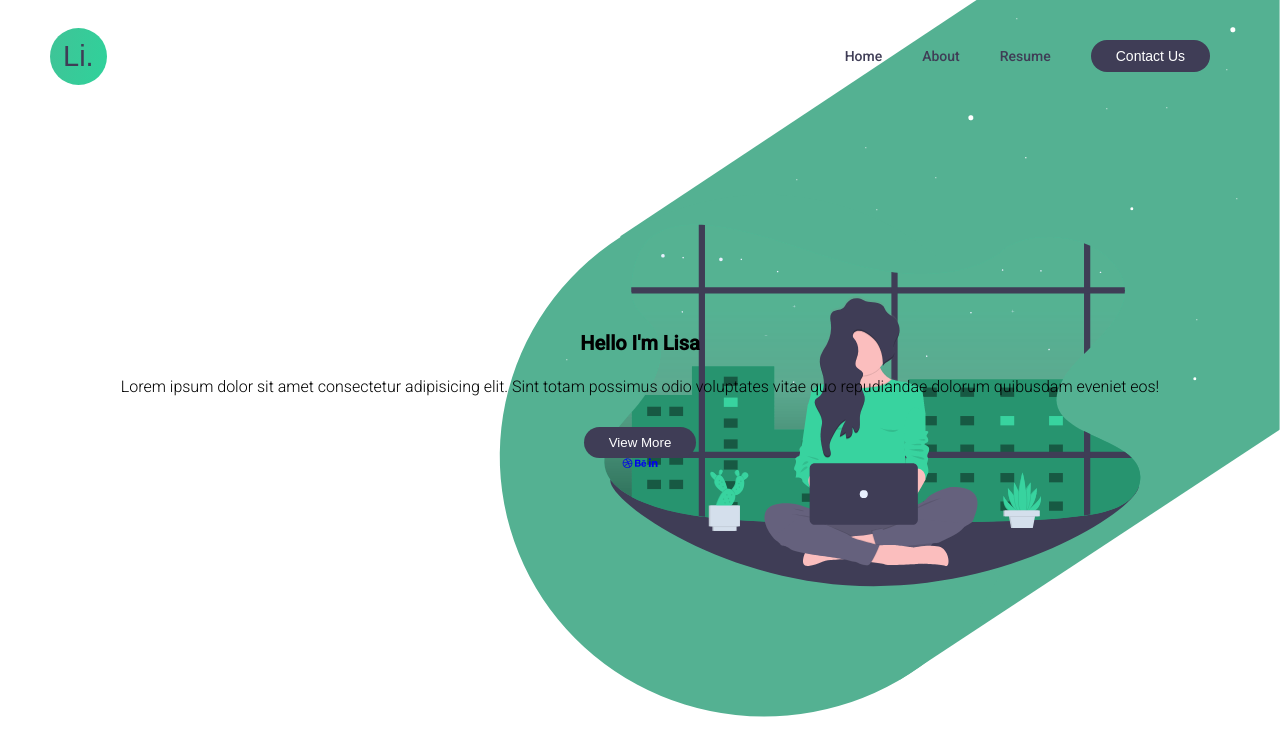
Repository: kebinh1235/porfolio-demo
Page: index.html
These files come from the project's save history. The page is drawn as it stood at one moment and after the next save; the edit follows.
The browser window is 1280 px wide. The pictures show the whole page.
Some web libraries are served in a nearby version.

Above is the page before, as saved 2021-10-20 15:44:34.

### index.html
<!DOCTYPE html>
<html lang="en">
<head>
  <meta charset="UTF-8">
  <meta http-equiv="X-UA-Compatible" content="IE=edge">
  <meta name="viewport" content="width=device-width, initial-scale=1.0">
  <title>Document</title>
  <!--CSS-->
  <link rel="stylesheet" href="./css/style.css">
</head>
<body>
  <!-- header -->
  <header>
    <div class="container">
      <nav class="navbar">
        <!-- logo -->
        <div class="navbar__logo">
          <img src="./img/logo.svg" alt="Website logo">
        </div>
        <!-- links -->
        <ul class="navbar__list">
          <li class="navbar__item"><a href="#" class="navbar__link">Home</a></li>
          <li class="navbar__item"><a href="#" class="navbar__link">About</a></li>
          <li class="navbar__item"><a href="#" class="navbar__link">Resume</a></li>
          <!-- <li class="navbar__item"><a href="#" class="navbar__link btn navbar__mobile-active">Contact Us</a></li> -->
          <a href="#"><button class="btn navbar__btn">Contact Us</button></a>
        </ul>
        <!-- menu mobile -->
        <div class="navbar__icons">
          <div class="navbar__icon"></div>
        </div>
      </nav>
    </div>
  </header>
  <!-- banner -->
  <section id="banner">
    <div class="container">
      <!-- img -->
      <div class="banner__img">
        <img src="./img/banner-img.png" alt="Of Women">
      </div>
      <!-- heading -->
      <div class="banner__heading">
        <h1>Hello I'm Lisa</h1>
        <p>Lorem ipsum dolor sit amet consectetur adipisicing elit. Sint totam possimus odio voluptates vitae quo repudiandae dolorum quibusdam eveniet eos!</p>
        <a href="#"><button class="btn banner__btn">View More</button></a>
        <div class="banner__social">
          <a href="#"><i class="fab fa-dribbble"></i></a>
          <a href="#"><i class="fab fa-behance"></i></a>
          <a href="#"><i class="fab fa-linkedin-in"></i></a>
        </div>
      </div>
    </div>
  </section>

  <!--Font awesome-->
  <script src="https://kit.fontawesome.com/5d1e581bbe.js" crossorigin="anonymous"></script>
  <!--JS-->
  <script src="./js/main.js"></script>
</body>
</html>

### css/style.css
@import url('https://fonts.googleapis.com/css2?family=Roboto:wght@300;500&display=swap');
:root {
  --green: #54B192;
  --green-l: #A4CEC0;
  --gray: #3F3D56;
  --white: #fff;
  --smooth: all .3s linear;
}
* {
  margin: 0;
  padding: 0;
  box-sizing: border-box;
  list-style-type: none;
  text-decoration: none;
}
html {
  scroll-behavior: smooth;
  font-size: 62.5%;
}
body {
  font-family: "Roboto", sans-serif;
}
img {
  max-width: 100%;
  width: 100%;
}
.container {
  max-width: 1200px;
  width: 100%;
  margin: 0 auto;
  padding: 0 10px;
}
.btn {
  text-align: center;
  background: var(--gray);
  color: var(--white);
  padding: .8rem 2.5rem;
  border: none;
  border-radius: 100px;
  cursor: pointer;
  transition: var(--smooth);
}
.btn:hover {
  background: var(--green-l);
  transition: var(--smooth);
}
/*header*/
header {
  position: fixed;
  width: 100%;
}
.navbar {
  display: flex;
  justify-content: space-between;
  align-items: center;
  padding: 20px 0;
}
.navbar__logo {
  width: 57px;
  height: 57px;
  object-fit: cover;
}
.navbar__logo img {
  width: 100%;
}
.navbar__list{
  position: fixed;
  top: 0;
  left: 0;
  bottom: 0;
  background: var(--gray);
  width: 60%;
  max-width: 100%;
  transform: translateX(-100%);
  opacity: 0;
  transition: var(--smooth);
  z-index: 10;
}
.navbar__list.navbar__open {
  transform: translateX(0);
  opacity: 1;
}
.navbar__link{
  padding: 20px;
  font-size: 1.4rem;
  display: block;
  color: var(--white);
}
.navbar__link:hover {
  color: var(--green);
  transition: var(--smooth);
}
.navbar__btn{
  font-size: 1.4rem;
  margin: 20px;
  background: var(--green);
}
/*Menu icon*/
.navbar__icons{
  display: flex;
  justify-content: center;
  align-items: center;
  width: 50px;
  height: 50px;
  cursor: pointer;
  transition: var(--smooth);
  z-index: 10;
}
.navbar__icon{
  width: 40px;
  height: 6px;
  border-radius: 5px;
  background: var(--gray);
  position: relative;
  transition: var(--smooth);
}
.navbar__icon:before,
.navbar__icon:after {
  content: '';
  position: absolute;
  width: 40px;
  height: 6px;
  border-radius: 5px;
  background: var(--gray);
  transition: var(--smooth);
}
.navbar__icon:before {
  transform: translateY(-12px)
}
.navbar__icon:after {
  transform: translateY(12px)
}
/* menu icon animation */
.open .navbar__icon {
  transform: translateX(-50px);
  background: transparent;
}
.open .navbar__icon:before {
  transform: rotate(45deg) translate(35px, -35px);
}
.open .navbar__icon:after {
  transform: rotate(-45deg) translate(35px, 35px);
}
/* banner */
#banner {
  position: relative;
  height: 100vh;
  display: flex;
  align-items: center;
}
.banner__img {
  position: absolute;
  top: 0;
  right: 0;
  z-index: -1;
}
.banner__heading {
  max-height: 300px;
  margin: 0 auto;
  text-align: center;
}
.banner__heading h1 {
  font-size: 2rem;
  padding-top: 4em;
  margin-bottom: .8em;
}
.banner__heading p {
  font-weight: 300;
  line-height: 2em;
  margin-bottom: 1.5em;
  font-size: 1.6rem;
}

@media screen and (min-width: 992px) {
  .navbar__list {
    display: flex;
    justify-content: flex-end;
    align-items: center;
    transform: translateX(0);
    position: initial;
    opacity: 1;
    background: transparent;
  }
  .navbar__link {
    color: var(--gray);
  }
  .navbar__btn {
    background: var(--gray);
  }
  .navbar__icons {
    display: none;
  }
}

### js/main.js
const menu = document.querySelector('.navbar__list');
const menuIcon = document.querySelector('.navbar__icons')

menuIcon.addEventListener('click', () =>{
  menu.classList.toggle('navbar__open');
  menuIcon.classList.toggle('open');
})

After the next save:
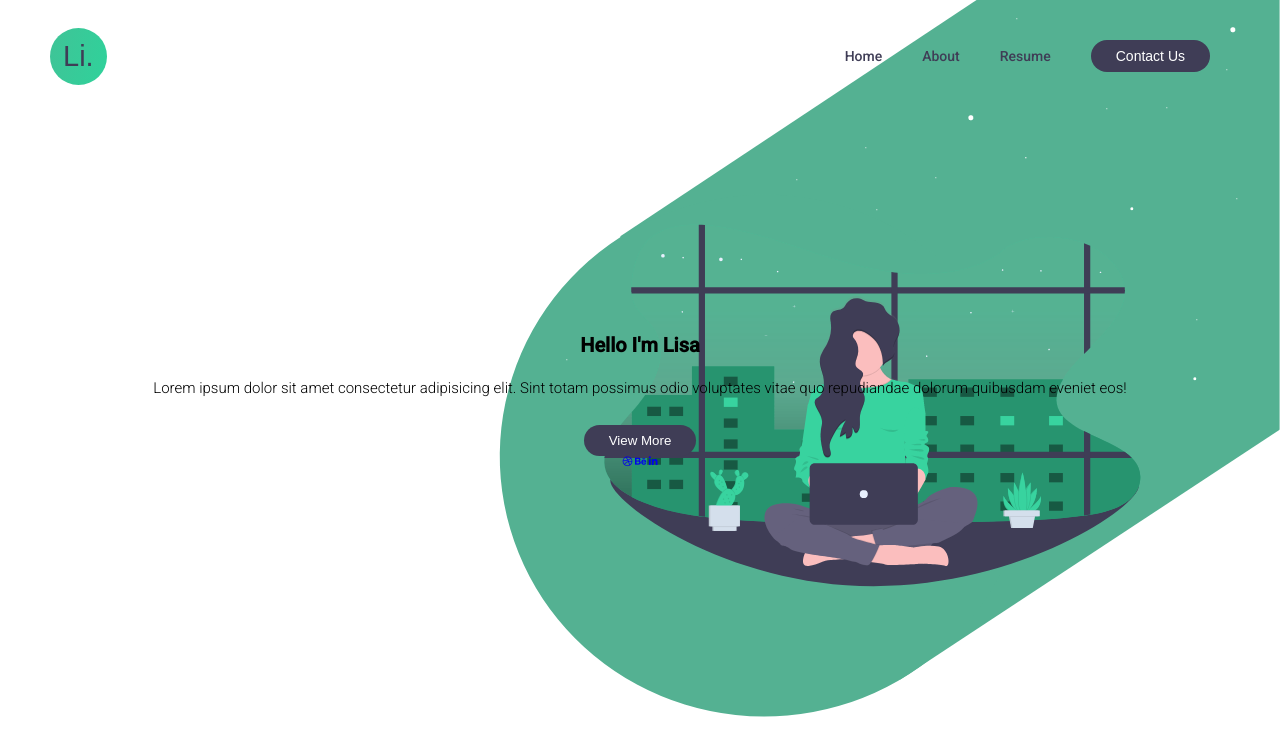
Saved 4 s later.
--- a/css/style.css
+++ b/css/style.css
@@ -168,7 +168,7 @@ header {
   font-weight: 300;
   line-height: 2em;
   margin-bottom: 1.5em;
-  font-size: 1.6rem;
+  font-size: 1.5rem;
 }
 
 @media screen and (min-width: 992px) {
